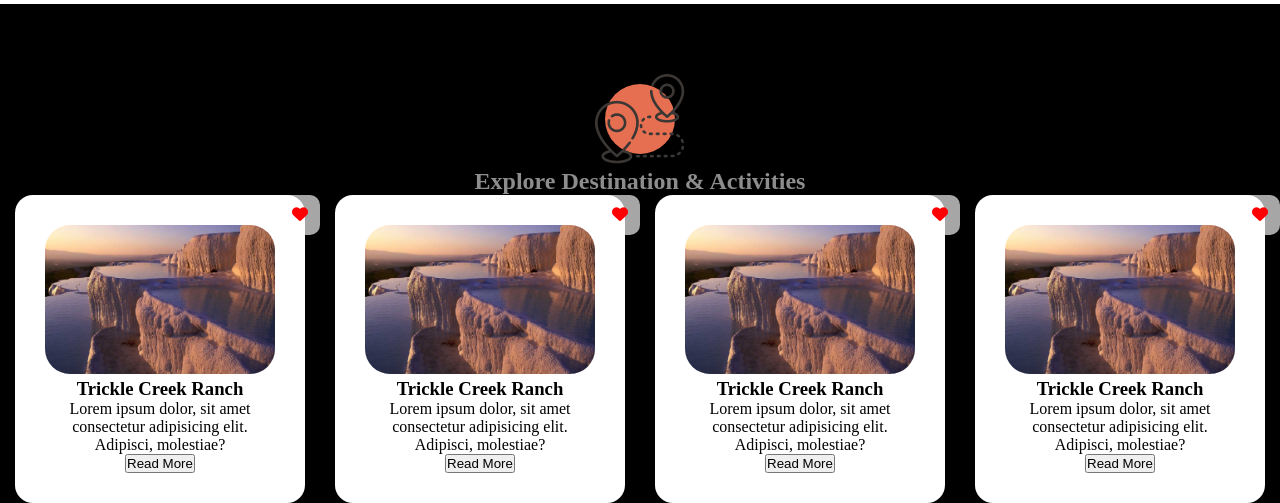
Repository: giahuy405/BC38_Camping_Pham_Gia_Huy
Page: index.html
An editor plug-in stored every save of this project. The page is shown before and after the next save, followed by the edit.
The browser window is 1280 px wide. The pictures show the part of the page from y = 692 to 1195 px (the page is 1195 px tall).

Above is the page before, as saved 2022-09-13 19:10:24.

### index.html
<!DOCTYPE html>
<html lang="en">
<head>
    <meta charset="UTF-8">
    <meta http-equiv="X-UA-Compatible" content="IE=edge">
    <meta name="viewport" content="width=device-width, initial-scale=1.0">
    <title>Document</title>
    <link rel="stylesheet" href="https://cdnjs.cloudflare.com/ajax/libs/font-awesome/6.2.0/css/all.min.css" integrity="sha512-xh6O/CkQoPOWDdYTDqeRdPCVd1SpvCA9XXcUnZS2FmJNp1coAFzvtCN9BmamE+4aHK8yyUHUSCcJHgXloTyT2A==" crossorigin="anonymous" referrerpolicy="no-referrer" />
    <link rel="stylesheet" href="./css/index.css">
</head>
<body>
    <header>
       <div class="header__items">
            <img src="./img/logoicon.png" alt="">
            <nav>
                <ul>
                    <li><a href="#">Home</a></li>
                    <li><a href="#">Services</a></li>
                    <li><a href="#">Destination</a></li>
                    <li><a href="#">Events</a></li>
                    <li><a href="#">Gallery</a></li>
                    <li><a href="#">Contact us</a></li>
                </ul>
            </nav>
       </div>
    </header>
    <section class="carousel">
        <img src="./img/BG.png" alt="">
    </section>
    <section class="service">
        <img src="./img/Group 313.png" alt="">
        <h1>Explore Destination & Activities</h1>
        <div class="service__cards">
            <div class="service__card">
                <div class="service__item">
                    <img src="./img/product1.png" alt="">
                    <h3>Trickle Creek Ranch</h3>
                    <p>Lorem ipsum dolor, sit amet consectetur adipisicing elit. Adipisci, molestiae?</p>
                    <button>Read More</button>
                </div>
                <div class="service__heart">
                    <i class="fa fa-heart"></i>
                </div>
            </div>
            <div class="service__card">
                <div class="service__item">
                    <img src="./img/product1.png" alt="">
                    <h3>Trickle Creek Ranch</h3>
                    <p>Lorem ipsum dolor, sit amet consectetur adipisicing elit. Adipisci, molestiae?</p>
                    <button>Read More</button>
                </div>
                <div class="service__heart">
                    <i class="fa fa-heart"></i>
                </div>
            </div>
            <div class="service__card">
                <div class="service__item">
                    <img src="./img/product1.png" alt="">
                    <h3>Trickle Creek Ranch</h3>
                    <p>Lorem ipsum dolor, sit amet consectetur adipisicing elit. Adipisci, molestiae?</p>
                    <button>Read More</button>
                </div>
                <div class="service__heart">
                    <i class="fa fa-heart"></i>
                </div>
            </div>
            <div class="service__card">
                <div class="service__item">
                    <img src="./img/product1.png" alt="">
                    <h3>Trickle Creek Ranch</h3>
                    <p>Lorem ipsum dolor, sit amet consectetur adipisicing elit. Adipisci, molestiae?</p>
                    <button>Read More</button>
                </div>
                <div class="service__heart">
                    <i class="fa fa-heart"></i>
                </div>
            </div>
            <div class="clear"></div>
        </div>
    </section>
</body>
</html>

### css/index.css
*{
    padding: 0;
    margin: 0;
    box-sizing: border-box;
}
.header__items{
    width: 90%;
    margin: 0 auto;
}
header{
    background-color: #f8e1db;
}
nav{
    margin-top: 10px;
    padding-bottom: 10px;
}
nav ul{
    list-style: none;
}
nav li{
    display: inline;
    margin-right:30px;
}
nav a{
    text-decoration: none;
    color: #43403c;
}
nav a:hover{
    color: rgb(160, 5, 5);
}
.clear{
    clear: both;
}
.carousel img{
    height: 600px;
    width: 100%;
}
.service{
    text-align: center;
    padding-top: 70px;
    /* background-color: #faf4f2; */
    background-color: black;
}
.service > h1{
    color: #8d8d8d;
}
.service__cards{
    width: 100%;

}
.service__card{
    float: left;
    width: 25%;
    padding: 0 15px;
    position: relative;
}
.service__item{
    background-color: white;
    border-radius: 18px;
    padding: 30px 30px;

}
.service__item img{
    border-radius: 25px;
    width: 100%;
}
.service__heart{
    position: absolute;
    top: 0;
    right: 0;
    width: 40px;
    height: 40px;
    line-height: 40px;
    color: red;
    background-color: rgba(255, 255, 255, 0.651);
    border-radius: 10px;
}

After the next save:
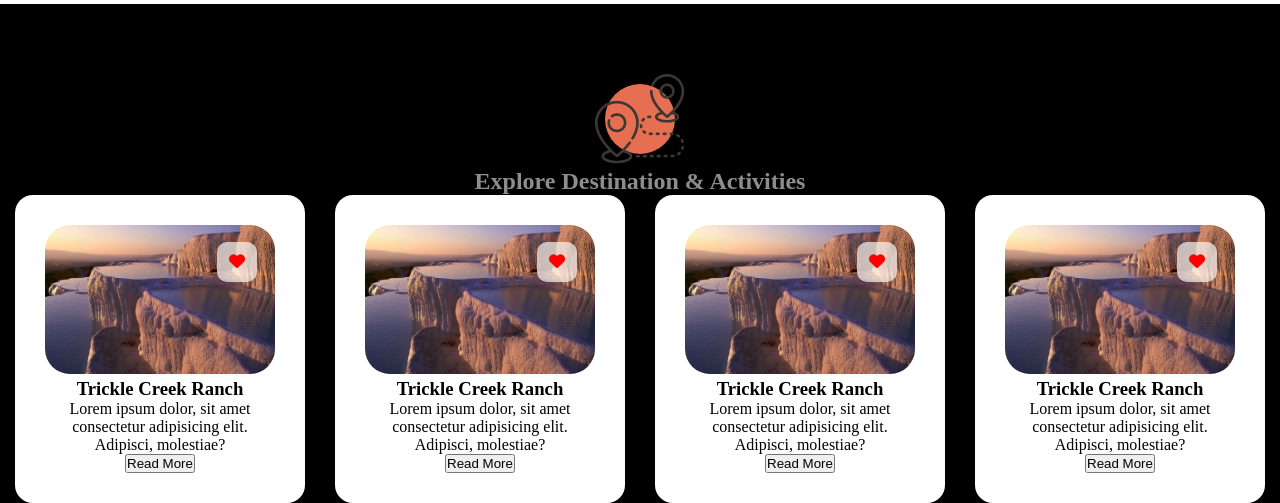
Saved 46 s later.
--- a/css/index.css
+++ b/css/index.css
@@ -66,8 +66,8 @@
 }
 .service__heart{
     position: absolute;
-    top: 0;
-    right: 0;
+    top: 47px;
+    right: 63px;
     width: 40px;
     height: 40px;
     line-height: 40px;
